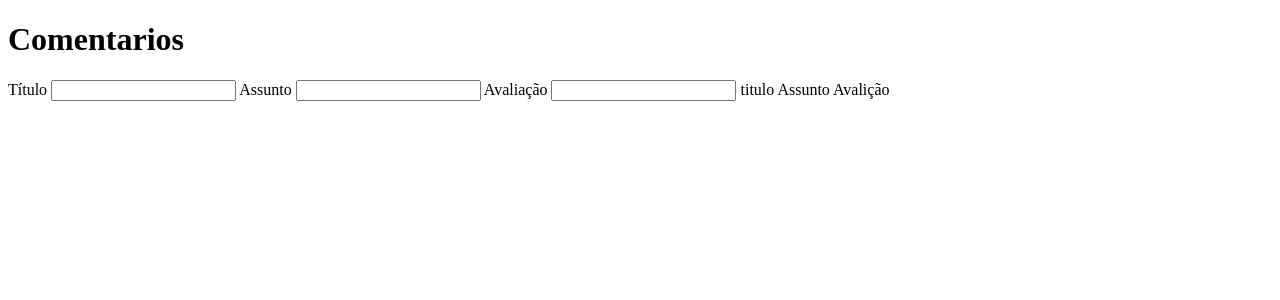
Repository: eheinen/ejb_final_project
Page: http://localhost/Comentarios_WS_Cliente/comentarios.jsp
An editor plug-in stored every save of this project. The page is shown before and after the next save, followed by the edit.
The browser window is 1280 px wide. The pictures show the whole page.
The page is served by Tomcat 9.

Above is the page before, as saved 2016-09-01 00:19:50.

After the next save:
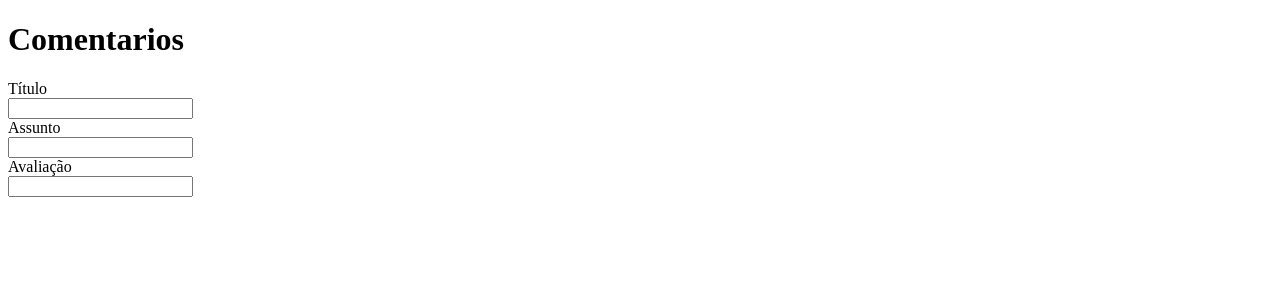
Saved 23 s later.
--- a/Comentarios_WS_Cliente/WebContent/comentarios.jsp
+++ b/Comentarios_WS_Cliente/WebContent/comentarios.jsp
@@ -9,15 +9,13 @@
 <body>
 <h1>Comentarios</h1>
 <form action="">
-<label for="titulo" >Título</label>
-<input type="text"  name="titulo" />
-<label for="assunto" >Assunto</label>
-<input type="text"  name="assunto" />
-<label for="avaliacao" >Avaliação</label>
+<label for="titulo" >Título</label><br/>
+<input type="text"  name="titulo" /><br/>
+<label for="assunto" >Assunto</label><br/>
+<input type="text"  name="assunto" /><br/>
+<label for="avaliacao" >Avaliação</label><br/>
 <input type="text"  name="avaliacao" />
-titulo
-Assunto
-Avalição
+
 </form>
 </body>
 </html>
